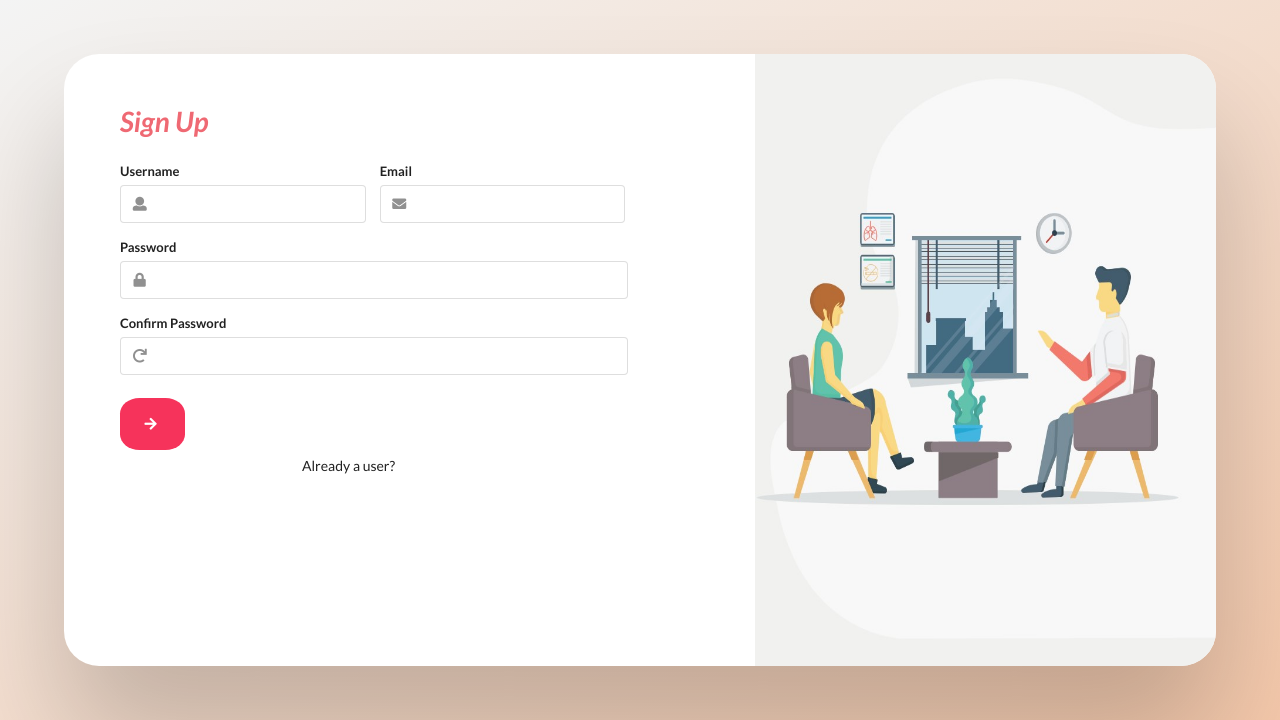
Repository: ajayaj2001/healthcare-digitization
Page: /register
The author's editor kept a copy of each file at every save. The page is drawn from the files as they stood at one save, then again after the next save.
The browser window is 1280 px wide. The pictures show the whole page.
The project was rebuilt for these pictures with package versions that can differ from the ones it lists, and the page was loaded fresh each time. Also part of the build but not shown: src/component/userType/UserType.scss, src/component/userType/UserType.js, src/component/login/Login.scss, src/component/login/loginForm/LoginForm.scss, src/component/login/loginForm/LoginForm.js, src/component/login/Login.js.

Above is the page before, as saved 2021-03-12 22:29:16.

After the next save:
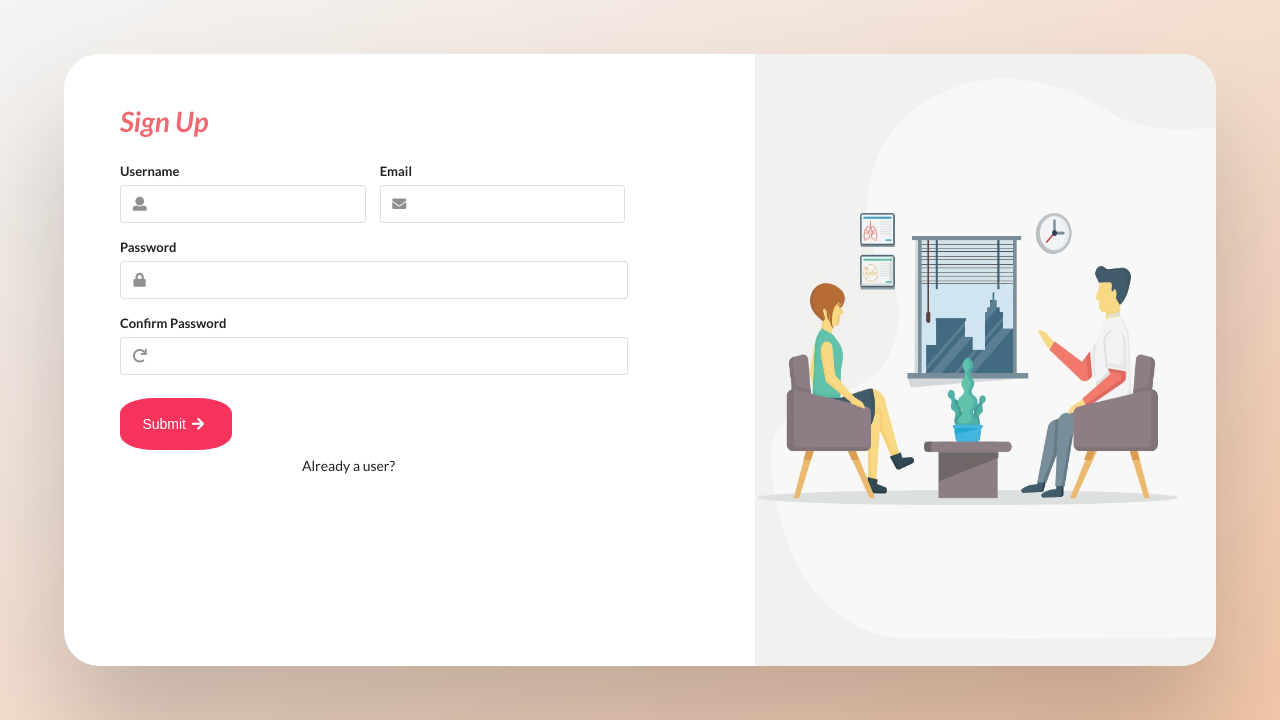
Saved 66 s later.
--- a/src/component/register/registerForm/RegisterForm.js
+++ b/src/component/register/registerForm/RegisterForm.js
@@ -127,7 +127,7 @@ const RegisterForm = () => {
                     value={confirmPassword}
                     className={errors.toLowerCase().includes('password dont match') ? 'error registerform__input2' : 'registerform__input2'}
                 />
-                <button type='submit' disabled={loading} className={loading ? 'loading registerform__button' : "registerform__button"} ><Icon name="arrow right" /> </button>
+                <button type='submit' disabled={loading} className={loading ? 'loading registerform__button' : "registerform__button"} >Submit <Icon name="arrow right" /> </button>
             </Form>
             <div className="registerform__link">Already a user?{/*<Link to="/login">  Login</Link>*/}</div>
 
